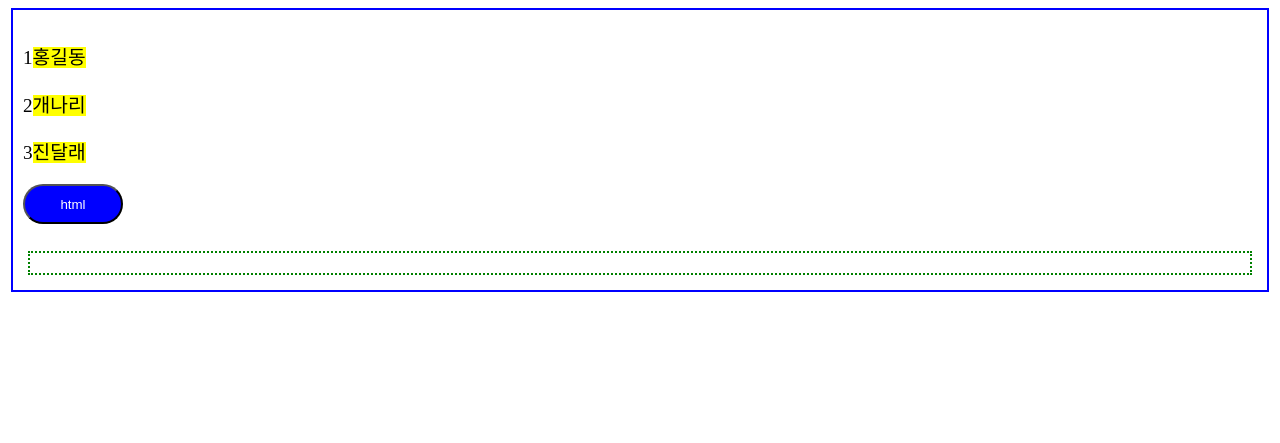
Repository: patternlobe-stack/MY_repository
Page: webpro/src/main/webapp/0915/html_text.html
The author's editor kept a copy of each file at every save. The page is drawn from the files as they stood at one save, then again after the next save.
The browser window is 1280 px wide. The pictures show the whole page.

Above is the page before, as saved 2025-09-15 05:10:36.

After the next save:
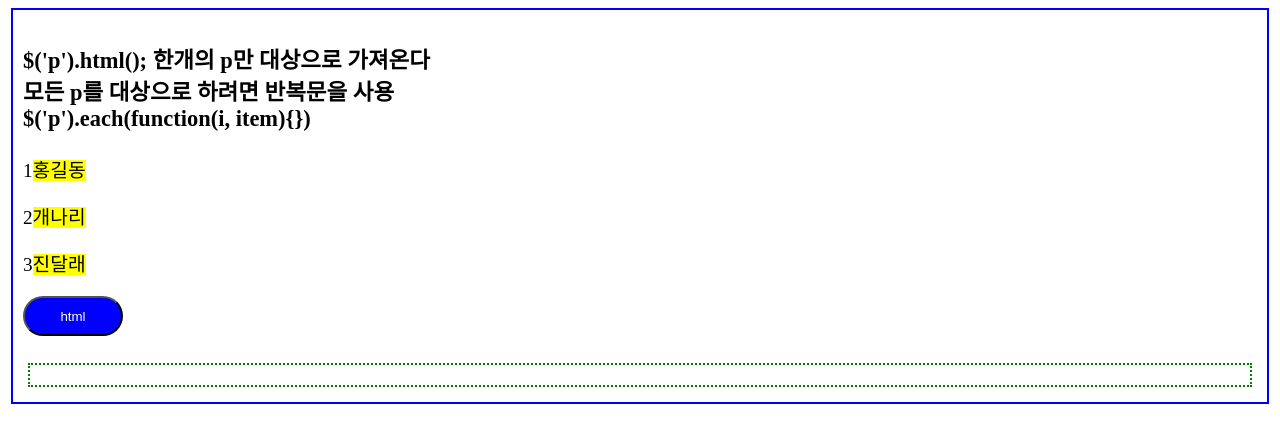
Saved 100 s later.
--- a/webpro/src/main/webapp/0915/html_text.html
+++ b/webpro/src/main/webapp/0915/html_text.html
@@ -36,11 +36,14 @@ $(function(){
 
 <div class="box">
       <h3>
+      $('p').html(); 한개의 p만 대상으로 가져온다<br>
+      모든 p를 대상으로 하려면 반복문을 사용<br>
+      $('p').each(function(i, item){})
       </h3>
       <p>1<span>홍길동</span></p>
 	 <p>2<span>개나리</span></p>
 	 <p>3<span>진달래</span></p>
-      <input type="button" value="html"  id="htmlroop"/>
+      <input type="button" value="html"  id="htmlㄱ"/>
 
       <br /><br />
       <div id="result1"></div>
